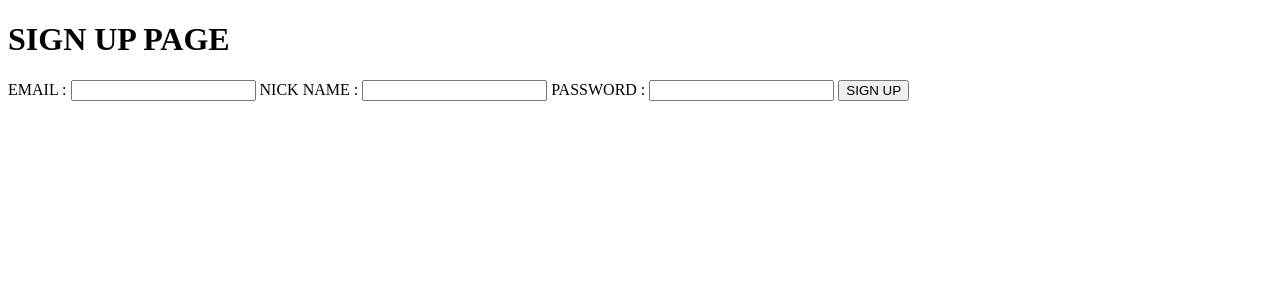
Repository: v-honey-b/Project02_BasicWebPage
Page: http://localhost/_jsp3_project/member/join.jsp
These files come from the project's save history. The page is drawn as it stood at one moment and after the next save; the edit follows.
The browser window is 1280 px wide. The pictures show the whole page.
The page is served by Tomcat 9. Other server files are loaded and not shown.

Above is the page before, as saved 2022-08-26 04:04:53.

### _jsp3_project/src/main/webapp/member/join.jsp
<%@ page language="java" contentType="text/html; charset=UTF-8"
    pageEncoding="UTF-8"%>
<%@ taglib prefix="c" uri="http://java.sun.com/jsp/jstl/core" %>
<!DOCTYPE html>
<html>
<head>
<meta charset="UTF-8">
<title>SIGN UP</title>
</head>
<body>
	<h1>SIGN UP PAGE</h1>
	<form action="/mem/memberregister">
		EMAIL : <input type="text" name="email">
		NICK NAME : <input type="text" name="nick_name">
		PASSWORD : <input type="text" name="pwd">
		<button type="submit">SIGN UP</button>
	</form>
</body>
</html>

After the next save:
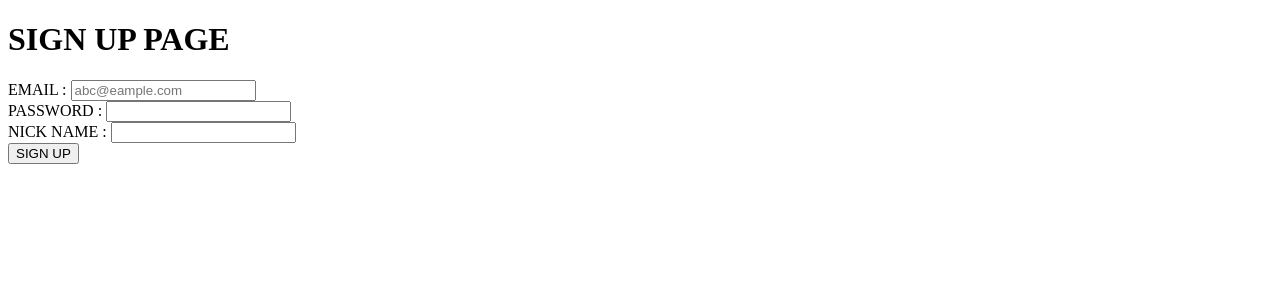
Saved 59 s later.
--- a/_jsp3_project/src/main/webapp/member/join.jsp
+++ b/_jsp3_project/src/main/webapp/member/join.jsp
@@ -10,9 +10,9 @@
 <body>
 	<h1>SIGN UP PAGE</h1>
 	<form action="/mem/memberregister">
-		EMAIL : <input type="text" name="email">
-		NICK NAME : <input type="text" name="nick_name">
-		PASSWORD : <input type="text" name="pwd">
+		EMAIL : <input type="text" name="email" placeholder="abc@eample.com"> <br>
+		PASSWORD : <input type="text" name="pwd"> <br>
+		NICK NAME : <input type="text" name="nick_name"> <br>
 		<button type="submit">SIGN UP</button>
 	</form>
 </body>
